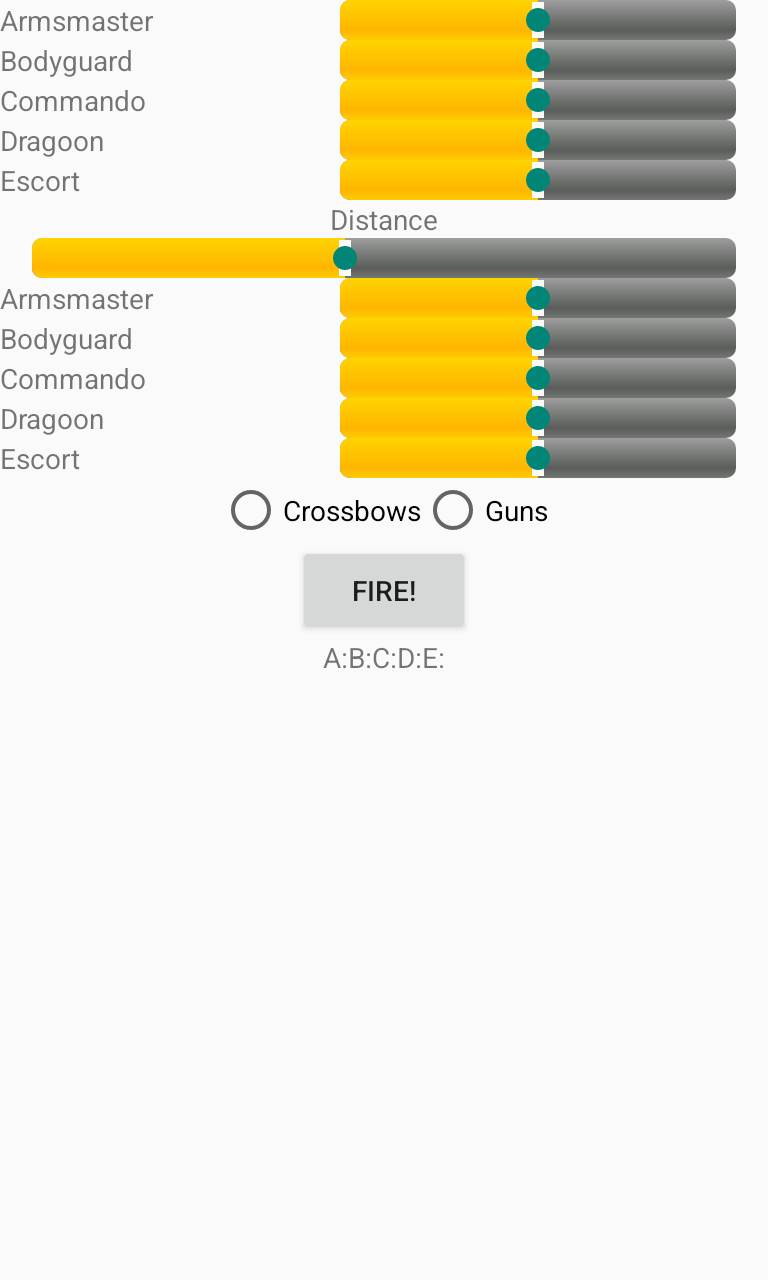
Repository: bryanpope/TARR
Layout: workspace/helloworld/res/layout/activity_hello_world.xml
These files come from the project's save history. The layout is drawn as it stood at one moment and after the next save; the edit follows.
It is drawn on a 768 x 1280 px phone screen (xhdpi) without system bars, with theme AppTheme; the app's code is not run.

Above is the layout before, as saved 2014-06-01 23:50:46.

### workspace/helloworld/res/layout/activity_hello_world.xml
<LinearLayout xmlns:android="http://schemas.android.com/apk/res/android"
    android:layout_width="fill_parent"
    android:layout_height="wrap_content"
    android:orientation="vertical" >

	<LinearLayout
	    android:layout_width="fill_parent"
	    android:layout_height="wrap_content"
	    android:orientation="horizontal" >

	    <TextView
	        android:id="@+id/textAttackArmsmaster"
	        android:layout_width="0dp"
	        android:layout_height="wrap_content"
	        android:layout_gravity="center_vertical"
	        android:layout_weight="0.90"
	        android:text="@string/armsmaster" />

	    <SeekBar
	        android:id="@+id/seekBarAttackArmsmaster"
	        style="@android:style/Widget.ProgressBar.Horizontal"
	        android:layout_width="230dp"
	        android:layout_height="wrap_content"
	        android:max="50"
	        android:progress="25"
	        android:secondaryProgress="0" />
    </LinearLayout>
	<LinearLayout
              android:layout_width="fill_parent"
              android:layout_height="wrap_content"
              android:orientation="horizontal" >

    	<TextView android:id="@+id/textAttackBodyguard"
              android:layout_width="0dp"
              android:layout_height="wrap_content"
		      android:layout_gravity="center_vertical"
		      android:layout_weight="0.90"
              android:text="@string/bodyguard" />

    	<SeekBar
    	    android:id="@+id/seekBarAttackBodyguard"
    	    style="@android:style/Widget.ProgressBar.Horizontal"
    	    android:layout_width="230dp"
    	    android:layout_height="wrap_content"
    	    android:max="50"
    	    android:progress="25"
    	    android:secondaryProgress="0" />

    </LinearLayout>
	<LinearLayout
              android:layout_width="fill_parent"
              android:layout_height="wrap_content"
              android:orientation="horizontal" >

    <TextView android:id="@+id/textAttackCommando"
              android:layout_width="0dp"
              android:layout_height="wrap_content"
		      android:layout_gravity="center_vertical"
		      android:layout_weight="0.90"
              android:text="@string/commando" />
	    <SeekBar
	        android:id="@+id/seekBarAttackCommando"
	        style="@android:style/Widget.ProgressBar.Horizontal"
	        android:layout_width="230dp"
	        android:layout_height="wrap_content"
	        android:max="50"
	        android:progress="25"
	        android:secondaryProgress="0" />
    </LinearLayout>
	<LinearLayout
              android:layout_width="fill_parent"
              android:layout_height="wrap_content"
              android:orientation="horizontal" >

    <TextView android:id="@+id/textAttackDragoon"
              android:layout_width="0dp"
              android:layout_height="wrap_content"
		      android:layout_gravity="center_vertical"
		      android:layout_weight="0.90"
              android:text="@string/dragoon" />
	    <SeekBar
	        android:id="@+id/seekBarAttackDragoon"
	        style="@android:style/Widget.ProgressBar.Horizontal"
	        android:layout_width="230dp"
	        android:layout_height="wrap_content"
	        android:max="50"
	        android:progress="25"
	        android:secondaryProgress="0" />
    </LinearLayout>

	<LinearLayout
	    android:layout_width="fill_parent"
	    android:layout_height="wrap_content"
	    android:orientation="horizontal" >

	    <TextView
	        android:id="@+id/textAttackEscort"
	        android:layout_width="0dp"
	        android:layout_height="wrap_content"
		      android:layout_gravity="center_vertical"
	        android:layout_weight="0.90"
	        android:text="@string/escort" />

	    <SeekBar
	        android:id="@+id/seekBarAttackEscort"
	        style="@android:style/Widget.ProgressBar.Horizontal"
	        android:layout_width="230dp"
	        android:layout_height="wrap_content"
	        android:max="50"
	        android:progress="25"
	        android:secondaryProgress="0" />
	</LinearLayout>

	    <TextView
	        android:id="@+id/textDistance"
	        android:layout_width="wrap_content"
	        android:layout_height="wrap_content"
	        android:layout_gravity="center_horizontal"
	        android:text="@string/distance" />
	    <SeekBar
	        android:id="@+id/seekBarDistance"
	        style="@android:style/Widget.ProgressBar.Horizontal"
	        android:layout_width="fill_parent"
	        android:layout_height="wrap_content"
	        android:max="9"
	        android:progress="4"
	        android:secondaryProgress="0" />

	<LinearLayout
	    android:layout_width="fill_parent"
	    android:layout_height="wrap_content"
	    android:orientation="horizontal" >

	    <TextView android:id="@+id/textDefenceArmsmaster"
              android:layout_width="0dp"
              android:layout_height="wrap_content"
		      android:layout_gravity="center_vertical"
		      android:layout_weight="0.90"
              android:text="@string/armsmaster" />
	    <SeekBar
	        android:id="@+id/seekBarDefenceArmsmaster"
	        style="@android:style/Widget.ProgressBar.Horizontal"
	        android:layout_width="230dp"
	        android:layout_height="wrap_content"
	        android:max="50"
	        android:progress="25"
	        android:secondaryProgress="0" />
    </LinearLayout>
	<LinearLayout
              android:layout_width="fill_parent"
              android:layout_height="wrap_content"
              android:orientation="horizontal" >

    	<TextView android:id="@+id/textDefenceBodyguard"
              android:layout_width="0dp"
              android:layout_height="wrap_content"
		      android:layout_gravity="center_vertical"
		      android:layout_weight="0.90"
              android:text="@string/bodyguard" />

    	<SeekBar
    	    android:id="@+id/seekBarDefencekBodyguard"
    	    style="@android:style/Widget.ProgressBar.Horizontal"
    	    android:layout_width="230dp"
    	    android:layout_height="wrap_content"
    	    android:max="50"
    	    android:progress="25"
    	    android:secondaryProgress="0" />

    </LinearLayout>
	<LinearLayout
              android:layout_width="fill_parent"
              android:layout_height="wrap_content"
              android:orientation="horizontal" >

    <TextView android:id="@+id/textDefenceCommando"
              android:layout_width="0dp"
              android:layout_height="wrap_content"
		      android:layout_gravity="center_vertical"
		      android:layout_weight="0.90"
              android:text="@string/commando" />
	    <SeekBar
	        android:id="@+id/seekBarDefenceCommando"
	        style="@android:style/Widget.ProgressBar.Horizontal"
	        android:layout_width="230dp"
	        android:layout_height="wrap_content"
	        android:max="50"
	        android:progress="25"
	        android:secondaryProgress="0" />
    </LinearLayout>
	<LinearLayout
              android:layout_width="fill_parent"
              android:layout_height="wrap_content"
              android:orientation="horizontal" >

    <TextView android:id="@+id/textDefenceDragoon"
              android:layout_width="0dp"
              android:layout_height="wrap_content"
		      android:layout_gravity="center_vertical"
		      android:layout_weight="0.90"
              android:text="@string/dragoon" />
	    <SeekBar
	        android:id="@+id/seekBarDefenceDragoon"
	        style="@android:style/Widget.ProgressBar.Horizontal"
	        android:layout_width="230dp"
	        android:layout_height="wrap_content"
	        android:max="50"
	        android:progress="25"
	        android:secondaryProgress="0" />
    </LinearLayout>

	<LinearLayout
	    android:layout_width="fill_parent"
	    android:layout_height="wrap_content"
	    android:orientation="horizontal" >

	    <TextView
	        android:id="@+id/textDefenceEscort"
	        android:layout_width="0dp"
	        android:layout_height="wrap_content"
	      	android:layout_gravity="center_vertical"
	        android:layout_weight="0.90"
	        android:text="@string/escort" />

	    <SeekBar
	        android:id="@+id/seekBarDefenceEscort"
	        style="@android:style/Widget.ProgressBar.Horizontal"
	        android:layout_width="230dp"
	        android:layout_height="wrap_content"
	        android:max="50"
	        android:progress="25"
	        android:secondaryProgress="0" />
	</LinearLayout>

	<RadioGroup
	    android:layout_width="wrap_content"
	    android:layout_height="wrap_content"
	    android:layout_gravity="center_horizontal"
	    android:orientation="horizontal" >
	    <RadioButton
	        android:id="@+id/radioCrossbows"
	        android:layout_width="wrap_content"
	        android:layout_height="wrap_content"
	        android:text="@string/crossbows" />
	    <RadioButton
	        android:id="@+id/radioGuns"
	        android:layout_width="wrap_content"
	        android:layout_height="wrap_content"
	        android:text="@string/guns" />
	</RadioGroup>

    <Button
        android:id="@+id/buttonFire"
        android:layout_width="wrap_content"
        android:layout_height="wrap_content"
	    android:layout_gravity="center_horizontal"
        android:text="@string/fire" />

	<LinearLayout
	    android:layout_width="wrap_content"
	    android:layout_height="wrap_content"
	    android:orientation="horizontal"
	    android:layout_gravity="center_horizontal" >
	    <TextView
	        android:id="@+id/textNameAttackArmsmaster"
	        android:layout_width="wrap_content"
	        android:layout_height="wrap_content"
	      	android:layout_gravity="center_vertical"
	        android:text="@string/a" />
	    <TextView
	        android:id="@+id/textLossesAttackArmsmaster"
	        android:layout_width="wrap_content"
	        android:layout_height="wrap_content"
	      	android:layout_gravity="center_vertical"
	        android:text="" />

	    <TextView
	        android:id="@+id/textNameAttackBodyguard"
	        android:layout_width="wrap_content"
	        android:layout_height="wrap_content"
	      	android:layout_gravity="center_vertical"
	        android:text="@string/b" />
	    <TextView
	        android:id="@+id/textLossesAttackBodyguard"
	        android:layout_width="wrap_content"
	        android:layout_height="wrap_content"
	      	android:layout_gravity="center_vertical"
	        android:text="" />

	    <TextView
	        android:id="@+id/textNameAttackCommando"
	        android:layout_width="wrap_content"
	        android:layout_height="wrap_content"
	      	android:layout_gravity="center_vertical"
	        android:text="@string/c" />
	    <TextView
	        android:id="@+id/textLossesAttackCommando"
	        android:layout_width="wrap_content"
	        android:layout_height="wrap_content"
	      	android:layout_gravity="center_vertical"
	        android:text="" />

	    <TextView
	        android:id="@+id/textNameAttackDragoon"
	        android:layout_width="wrap_content"
	        android:layout_height="wrap_content"
	      	android:layout_gravity="center_vertical"
	        android:text="@string/d" />
	    <TextView
	        android:id="@+id/textLossesAttackDragoon"
	        android:layout_width="wrap_content"
	        android:layout_height="wrap_content"
	      	android:layout_gravity="center_vertical"
	        android:text="" />

	    <TextView
	        android:id="@+id/textNameAttackEscort"
	        android:layout_width="wrap_content"
	        android:layout_height="wrap_content"
	      	android:layout_gravity="center_vertical"
	        android:text="@string/e" />
	    <TextView
	        android:id="@+id/textLossesAttackEscort"
	        android:layout_width="wrap_content"
	        android:layout_height="wrap_content"
	      	android:layout_gravity="center_vertical"
	        android:text="" />
	</LinearLayout>

</LinearLayout>

### workspace/helloworld/res/values/strings.xml
<?xml version="1.0" encoding="utf-8"?>
<resources>

    <string name="app_name">Hello World</string>
    <string name="hello_world">Hello world!</string>
    <string name="action_settings">Settings</string>
    <string name="armsmaster">Armsmaster</string>
    <string name="bodyguard">Bodyguard</string>
    <string name="commando">Commando</string>
    <string name="dragoon">Dragoon</string>
    <string name="escort">Escort</string>
    <string name="distance">Distance</string>
    <string name="crossbows">Crossbows</string>
    <string name="guns">Guns</string>
    <string name="fire">FIRE!</string>
    <string name="a">A:</string>
    <string name="b">B:</string>
    <string name="c">C:</string>
    <string name="d">D:</string>
    <string name="e">E:</string>

</resources>

Loaded but not shown: workspace/helloworld/res/values/styles.xml (common file); workspace/helloworld/res/values-v11/styles.xml (common file); workspace/helloworld/res/values-v14/styles.xml (common file)

After the next save:
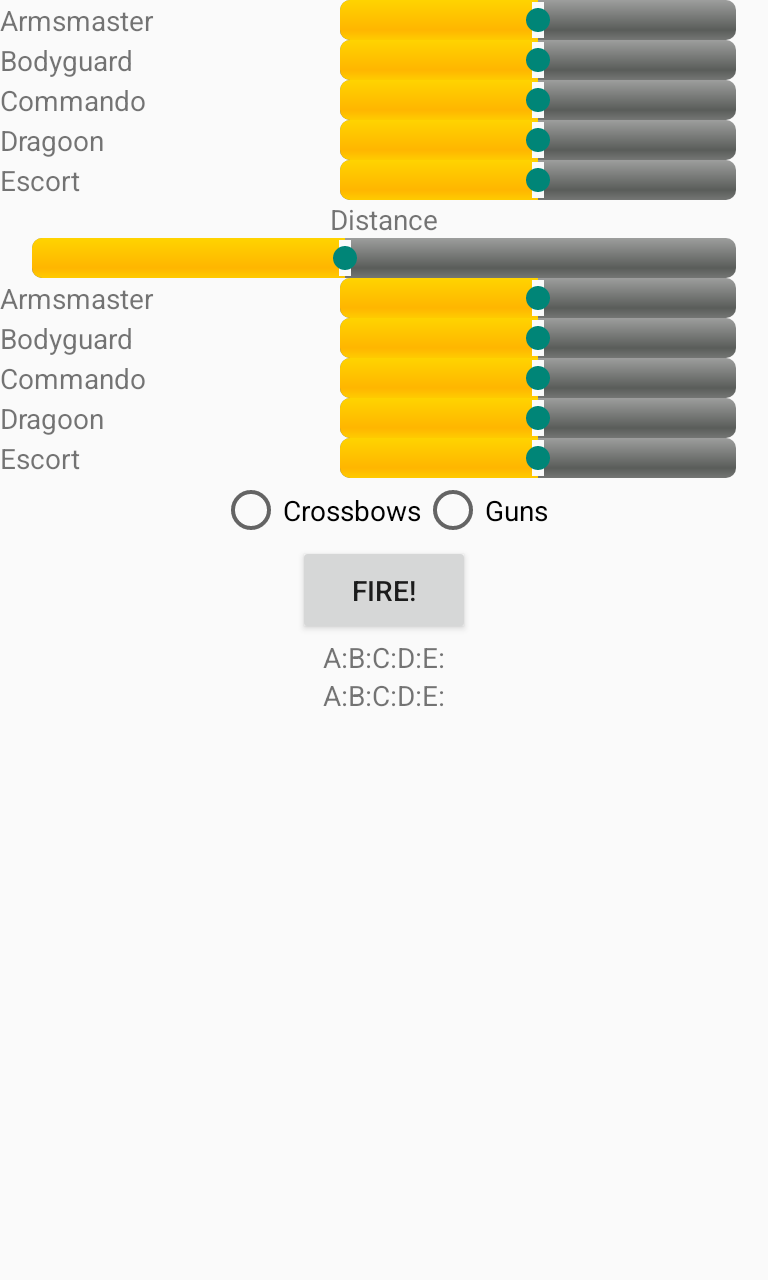
Saved 2 min 13 s later.
--- a/workspace/helloworld/res/layout/activity_hello_world.xml
+++ b/workspace/helloworld/res/layout/activity_hello_world.xml
@@ -326,5 +326,76 @@
 	      	android:layout_gravity="center_vertical"
 	        android:text="" />
 	</LinearLayout>
+	<LinearLayout
+	    android:layout_width="wrap_content"
+	    android:layout_height="wrap_content"
+	    android:orientation="horizontal"
+	    android:layout_gravity="center_horizontal" >
+	    <TextView
+	        android:id="@+id/textNameDefenceArmsmaster"
+	        android:layout_width="wrap_content"
+	        android:layout_height="wrap_content"
+	      	android:layout_gravity="center_vertical"
+	        android:text="@string/a" />
+	    <TextView
+	        android:id="@+id/textLossesDefenceArmsmaster"
+	        android:layout_width="wrap_content"
+	        android:layout_height="wrap_content"
+	      	android:layout_gravity="center_vertical"
+	        android:text="" />
+
+	    <TextView
+	        android:id="@+id/textNameDefenceBodyguard"
+	        android:layout_width="wrap_content"
+	        android:layout_height="wrap_content"
+	      	android:layout_gravity="center_vertical"
+	        android:text="@string/b" />
+	    <TextView
+	        android:id="@+id/textLossesDefenceBodyguard"
+	        android:layout_width="wrap_content"
+	        android:layout_height="wrap_content"
+	      	android:layout_gravity="center_vertical"
+	        android:text="" />
+
+	    <TextView
+	        android:id="@+id/textNameDefenceCommando"
+	        android:layout_width="wrap_content"
+	        android:layout_height="wrap_content"
+	      	android:layout_gravity="center_vertical"
+	        android:text="@string/c" />
+	    <TextView
+	        android:id="@+id/textLossesDefenceCommando"
+	        android:layout_width="wrap_content"
+	        android:layout_height="wrap_content"
+	      	android:layout_gravity="center_vertical"
+	        android:text="" />
+
+	    <TextView
+	        android:id="@+id/textNameDefenceDragoon"
+	        android:layout_width="wrap_content"
+	        android:layout_height="wrap_content"
+	      	android:layout_gravity="center_vertical"
+	        android:text="@string/d" />
+	    <TextView
+	        android:id="@+id/textLossesDefenceDragoon"
+	        android:layout_width="wrap_content"
+	        android:layout_height="wrap_content"
+	      	android:layout_gravity="center_vertical"
+	        android:text="" />
+
+	    <TextView
+	        android:id="@+id/textNameDefenceEscort"
+	        android:layout_width="wrap_content"
+	        android:layout_height="wrap_content"
+	      	android:layout_gravity="center_vertical"
+	        android:text="@string/e" />
+	    <TextView
+	        android:id="@+id/textLossesDefenceEscort"
+	        android:layout_width="wrap_content"
+	        android:layout_height="wrap_content"
+	      	android:layout_gravity="center_vertical"
+	        android:text="" />
+	</LinearLayout>
+
 
 </LinearLayout>
